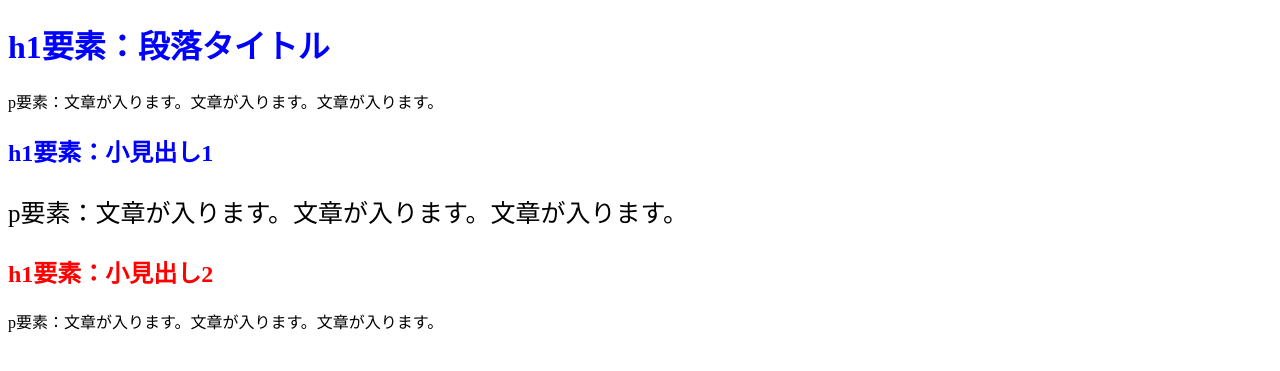
Repository: KENRYU-96645/samurai_HTML-CSS
Page: index.html
The author's editor kept a record of every edit. The page is drawn from the files as they stood at one moment, then again after the next edit.
The browser window is 1280 px wide. The pictures show the whole page.

Above is the page before.

After the next edit:
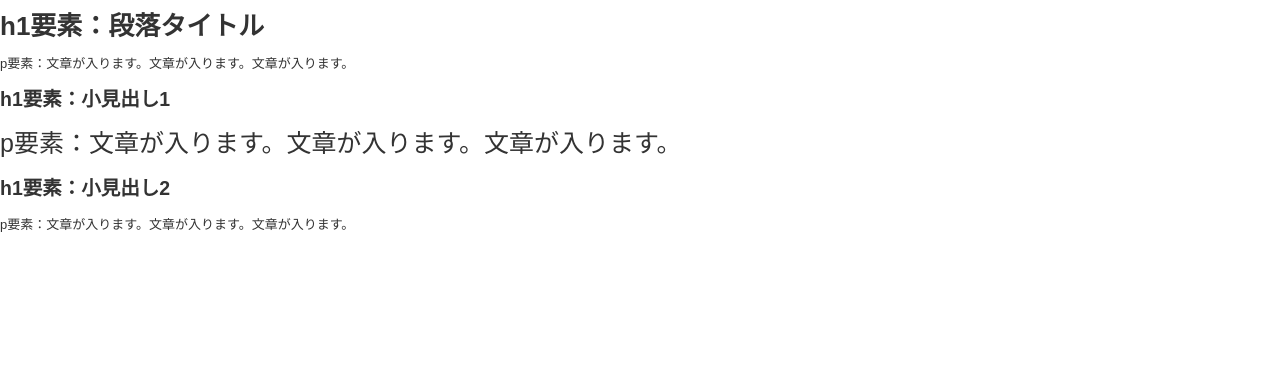
The edit:
--- a/index.html
+++ b/index.html
@@ -3,14 +3,7 @@
 <head>
   <meta charset="UTF-8">
   <title>HTML/CSSの学習</title>
-  <style>
-    #red {
-      color: red;
-    }
-    .blue {
-      color: blue;
-    }
-  </style>
+  <link rel="stylesheet" href="stylesheet.css">
 </head>
 <body>
   <h1 class="blue">h1要素：段落タイトル</h1>
